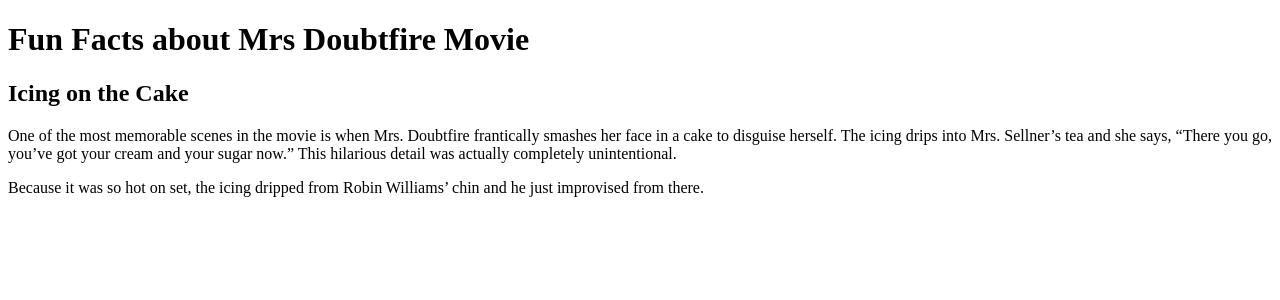
Repository: ItaConnell007/Brainnest-Main-HTML-Project
Page: fun-facts.html
The author's editor kept a copy of each file at every save. The page is drawn from the files as they stood at one save, then again after the next save.
The browser window is 1280 px wide. The pictures show the whole page.

Above is the page before, as saved 2022-08-16 17:19:03.

### fun-facts.html
<!DOCTYPE html>
<html lang="en">
<head>
    <meta charset="UTF-8">
    <meta http-equiv="X-UA-Compatible" content="IE=edge">
    <meta name="viewport" content="width=device-width, initial-scale=1.0">
    <title>Top Secret</title>
</head>
<body>

    <h1> Fun Facts about Mrs Doubtfire Movie</h1>

    <h2>Icing on the Cake</h2>
        One of the most memorable scenes in the movie is when Mrs. Doubtfire frantically smashes her face in a cake to disguise herself. The icing drips into Mrs. Sellner’s tea and she says, “There you go, you’ve got your cream and your sugar now.” This hilarious detail was actually completely unintentional. </p>
        <p>  Because it was so hot on set, the icing dripped from Robin Williams’ chin and he just improvised from there.</p>

</body>
</html>

After the next save:
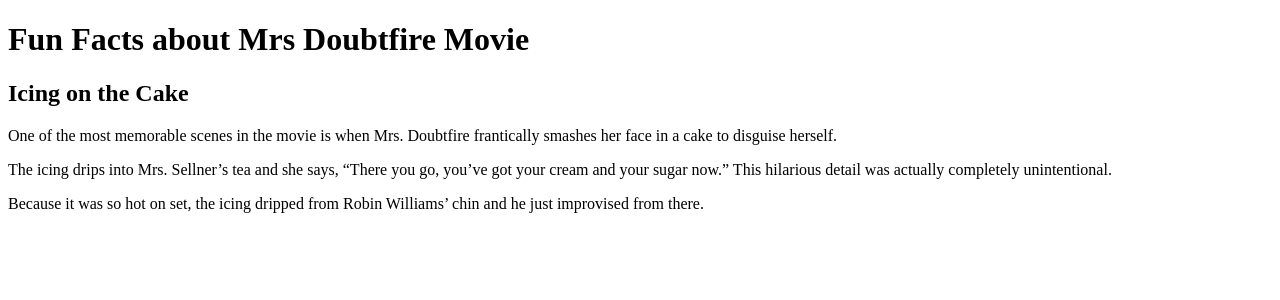
Saved 53 s later.
--- a/fun-facts.html
+++ b/fun-facts.html
@@ -11,7 +11,13 @@
     <h1> Fun Facts about Mrs Doubtfire Movie</h1>
 
     <h2>Icing on the Cake</h2>
-        One of the most memorable scenes in the movie is when Mrs. Doubtfire frantically smashes her face in a cake to disguise herself. The icing drips into Mrs. Sellner’s tea and she says, “There you go, you’ve got your cream and your sugar now.” This hilarious detail was actually completely unintentional. </p>
+        One of the most memorable scenes in the movie is when Mrs. Doubtfire frantically smashes her face in a cake to disguise herself.
+
+        <p>  The icing drips into Mrs. Sellner’s tea and she says, “There you go, you’ve got your cream and your sugar now.” This hilarious detail was actually completely unintentional. </p> </p>
+
+
+
+
         <p>  Because it was so hot on set, the icing dripped from Robin Williams’ chin and he just improvised from there.</p>
 
 </body>
